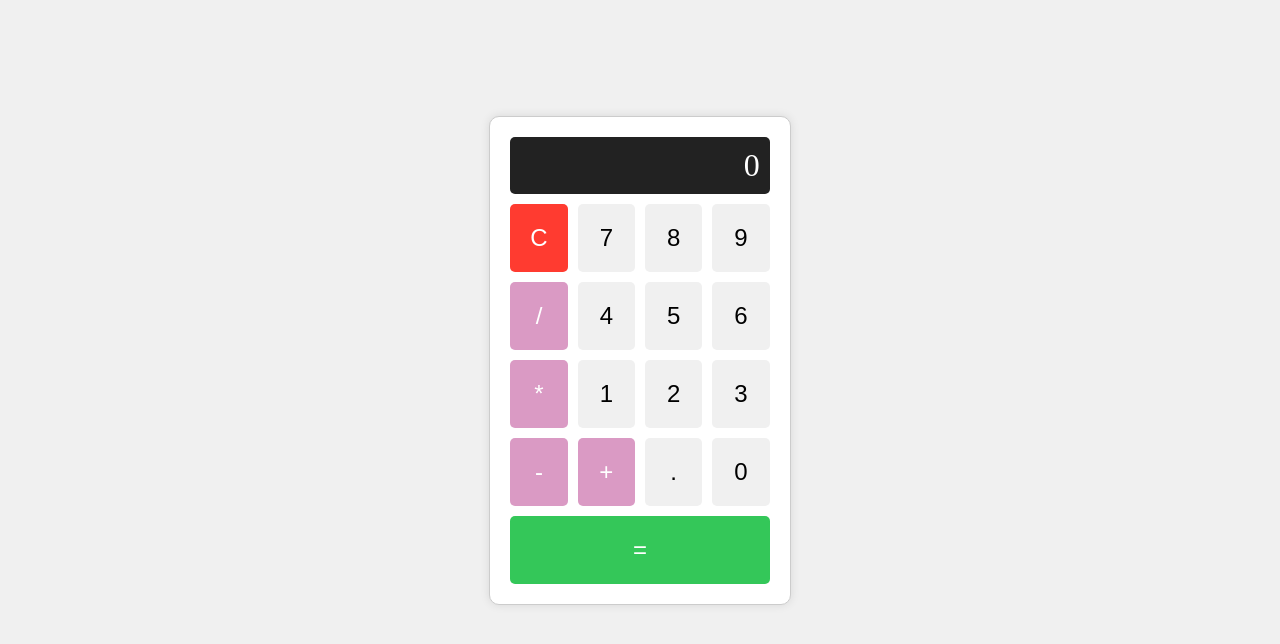
Repository: alizey12/calculator
Page: index.html
An editor plug-in stored every save of this project. The page is shown before and after the next save, followed by the edit.
The browser window is 1280 px wide. The pictures show the whole page.

Above is the page before, as saved 2024-11-23 18:38:16.

### index.html
<!DOCTYPE html>
<html lang="en">
<head>
    <meta charset="UTF-8">
    <meta name="viewport" content="width=device-width, initial-scale=1.0">
    <title>Document</title>
    <link rel="stylesheet" href="styles.css">
</head>
<body>


        <div class="calculator">
            <div class="display" id="display">0</div>
            <div class="buttons">

                <!--




               -->
                <button class="btn" id="clear">C</button>
                <button class="btn">7</button>
                <button class="btn">8</button>
                <button class="btn">9</button>
                <button class="btn operator">/</button>
                <button class="btn">4</button>
                <button class="btn">5</button>
                <button class="btn">6</button>
                <button class="btn operator">*</button>
                <button class="btn">1</button>
                <button class="btn">2</button>
                <button class="btn">3</button>
                <button class="btn operator">-</button>
                <button class="btn operator">+</button>
                <button class="btn">.</button>
                <button class="btn">0</button>
                <button class="btn operator" id="equals">=</button>


            </div>
        </div>


    <script src="script.js"></script>
</body>
</html>

### styles.css
body {
    display: flex;
    justify-content: center;
    align-items: center;
    height: 100vh;
    background-color: #f0f0f0;
    margin: 0;
}

.calculator {
    border: 1px solid #ccc;
    border-radius: 10px;

    padding: 20px;
    background-color: #fff;
    box-shadow: 0 0 10px rgba(0, 0, 0, 0.1);
}

.display {
    font-size: 2em;
    margin-bottom: 10px;
    padding: 10px;

    background-color: #222;
    color: #fff;
    text-align: right;
    border-radius: 5px;
}
#display{
    height: 80%;
}
.buttons {
    display: grid;
    grid-template-columns: repeat(4, 1fr);
    gap: 10px;
}

.btn {
    padding: 20px;
    font-size: 1.5em;
    border: none;
    border-radius: 5px;
    background-color: #f0f0f0;
    cursor: pointer;
}

.btn.operator {
    background-color: #da9ac4;
    color: #fff;
}

.btn#clear {
    background-color: #ff3b30;
    color: #fff;
}

.btn#equals {
    grid-column: span 4;
    background-color: #34c759;
    color: #fff;
}

Loaded but not shown: script.js (no copy from this time; the picture is the same without it)

After the next save:
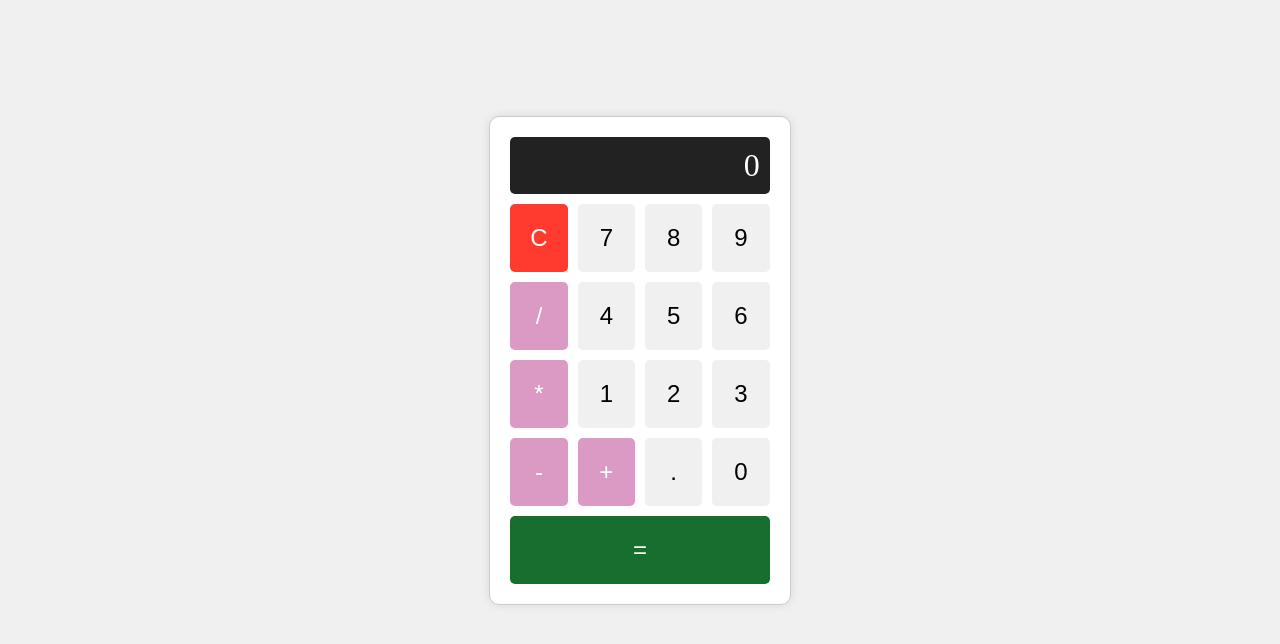
Saved 8 s later.
--- a/styles.css
+++ b/styles.css
@@ -56,6 +56,6 @@ body {
 
 .btn#equals {
     grid-column: span 4;
-    background-color: #34c759;
+    background-color: #186e2e;
     color: #fff;
 }
